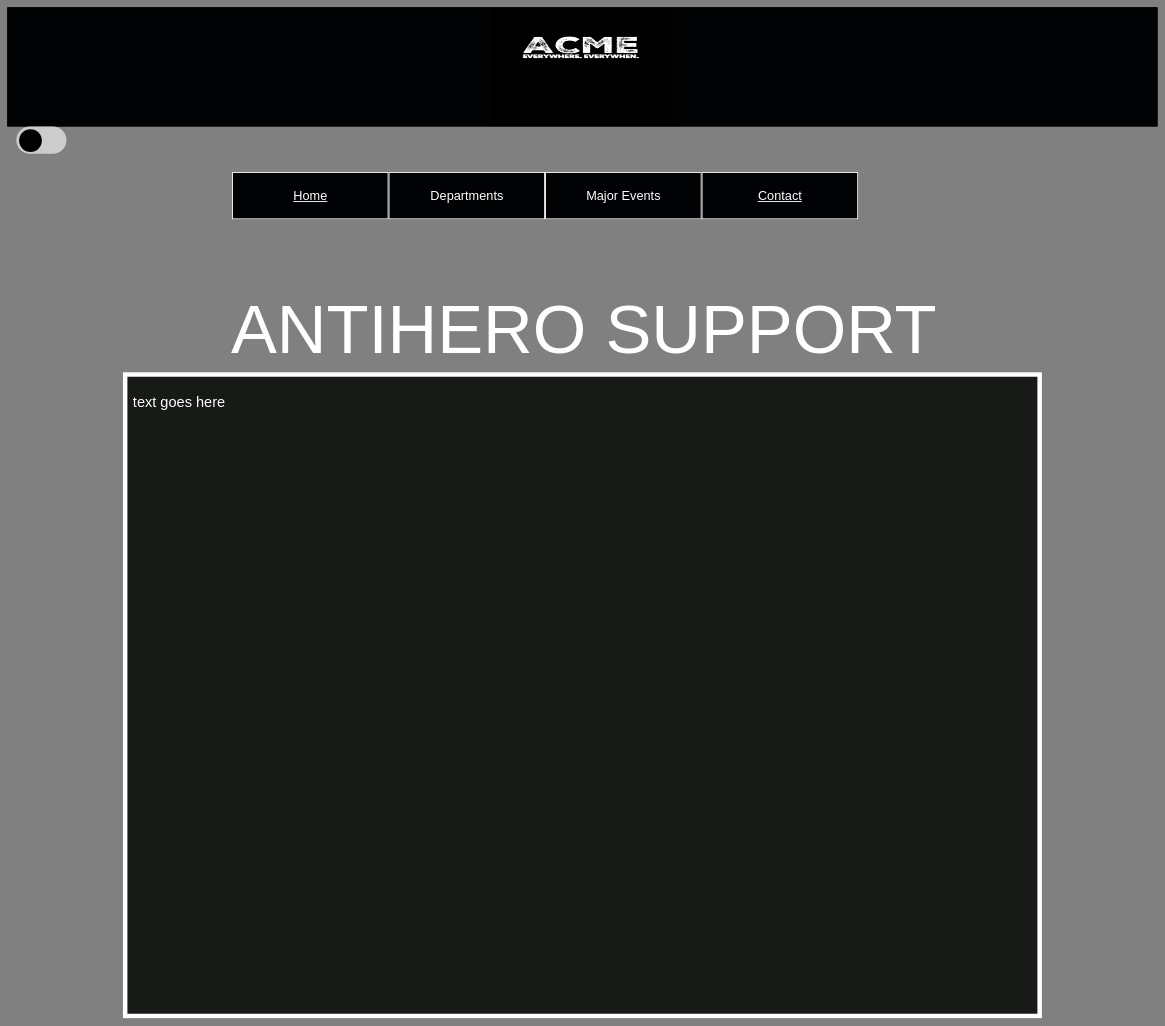
Repository: omega7379/omega7379.github.io
Page: memberSolutions.html
These files come from the project's save history. The page is drawn as it stood at one moment and after a run of saves; the edit follows.
The browser window is 1280 px wide. The pictures show the whole page, at 91% of full size.

Above is the page before, as saved 2022-06-21 22:22:42.

### memberSolutions.html
<!--created by Josip Bailey
Created 250122, Last Update 210622-->
<!DOCTYPE html>
<html lang="en">
    <body class="background">
        <header>
            <head>
                <!--meta data-->
                <meta charset="UTF-8">
                <meta http-equiv="X-UA-Compatible" content="IE=edge">
                <meta name="viewport" content="width=device-width, initial-scale=1.0">

                <!--tab title-->
                <title>ACME TIKTOK</title>
                <link rel="icon" href="acmeanvil.png">

                <!--import css-->
                <link id = "theme" rel="stylesheet" type="text/css" href="acmeStyleGuideDark.css">

            </head>

            <div class="top">
                <img src="acmelogo.png" alt="Homescreen Logo" width="200" height="125">
            </div>

        </header>
        <!--main scetion-->
        <main>
            <!--create toggle button to adjust switch colour-scheme-->
            <span class="toggle">
                <label class="switch" onclick="toggleTheme()">
                    <input type="checkbox">
                    <span class="slider"></span>
                </label>
            </span>

            <!--dropdown menu-->
            <div class="wrapper">
                <ul>
                    <li><a href="home.html">Home</a></li>
                    <li>Departments
                        <ul>
                            <li>Support
                                <ul>
                                    <li><a href="villianSupport.html">Villian Support</a></li>
                                    <li><a href="heroSupport.html">Hero Support</a></li>
                                    <li><a href="sidekickSupport.html">Sidekick Support</a></li>
                                    <li><a href="antiheroSupport.html">Antihero Support</a></li>
                                    <li><a href="memberSolutions.html">Member Solutions</a></li>
                                    <li><a href="itSupport.html">IT Support</a></li>
                                </ul>
                            </li>
                            <li>Corporate
                                <ul>
                                    <li><a href="corporate.html">Corporate</a></li>
                                    <li><a href="legal.html">Legal</a></li>
                                    <li><a href="collections.html">Collections</a></li>
                                    <li><a href="buildCrew.html">Build Crew</a></li>
                                    <li><a href="marketing.html">Marketing</a></li>
                                    <li><a href="communications.html">Communications</li>
                                    <li><a href="letters.html">Letters</a></li>
                                    <li><a href="humanResources.html">Human Resources</a></li>
                                    <li><a href="transportation.html">Transportation</a></li>
                                    <li><a href="publicRelations.html">Public Relations</a></li>
                                    <li><a href="evidenceDisposal.html">Evidence Disposal</a></li>
                                </ul>
                            </li>
                        </ul>
                    </li>
                    <li>Major Events
                        <ul>
                            <li><a href="borg.html">Borg Attack</a></li>
                            <li><a href="ork.html">Ork Invasion</a></li>
                            <li><a href="councilWar.html">Council War</a></li>
                            <li><a href="timeKeepers.html">Time Keepers</a></li>
                            <li><a href="TerryEscape.html">Terry's Escape</a></li>
                            <li><a href="hacked.html">The Hacker</a></li>
                        </ul>
                    </li>
                    <li><a href="contact.html">Contact</a></li>
                </ul>
            </div>
        </br></br></br>
            <div class="title">
                <p>ANTIHERO SUPPORT</p>
            </div>
            <!--main table holding the contents of the page-->
            <div class="contentTable">
                <table>
                    <tr><td>
                        <!--contents of page go here-->
                        <p>
                            text goes here
                        </p>
                    </tr></td>
                </table>
            </div>
        </main>
        <script type="text/javascript" src="acmejs.js"></script>
    </body>
</html>

### acmeStyleGuideDark.css
/*CSS webpage dark mode ACME, created by Josip Bailey
created 170122, last update 170622*/

/*header styling applying black to expand image without stretching*/
div.top {
    border: 1px solid #010203;
    background-color: #010203;
    text-align: center;
    align-content: center;
}
.title{
    font-size: 2cm;
    margin: auto;
    text-align: center;
    align-content: center;
}

/*start of the toggle button might delete*/
div.toggle{
    position: absolute;
    top: 50%;
    left:50%;
    transform: translate(-50%,-50%);
    text-align: left;
}
.switch{
    position: relative;
    display: inline-block;
    width: 55px;
    height: 30px;
    margin: 0 10px;

}
.slider{
    position: absolute;
    cursor: pointer;
    top: 0;
    left: 0;
    right: 0;
    bottom: 0;
    background-color: #ccc;
    transition: 0.4s;
    border-radius: 18px;
}
.switch input {display: none;}
.slider:before{
    position: absolute;
    content:"";
    height: 25px;
    width: 25px;
    left: 2.5px;
    bottom: 2.5px;
    background-color: #010203;
    transition: 0.4s;
    border-radius: 25px;
}
input:checked + .slider{
    background-color: #ccc;
}

input:checked + .slider:before{
    transform: translateX(25px);
}
/*end of button styling*/

/*background*/
.background{
    background-color: grey;
}

/*adjust text*/
p{
    margin-bottom: 4px;
    margin-left: 3px;
    font-family: Arial, Helvetica, sans-serif;
    color: white;
}
.chapter{
    margin-bottom: 8px;
    font-family: Arial, Helvetica, sans-serif;
    color: white;
    font-size: 1cm;
    text-align: center;
}

/*contentTable styling*/
.contentTable{
    border: 5px solid white;
    background-color: #181A18;
    max-width: 1000px;
    margin: auto;
    height: 700px;
    overflow: scroll;
}
.contentTablePDF{
    border: 5px solid white;
    /*background-color: #181A18;*/
    max-width: 1000px;
    margin: auto;
    height: 700px;
}
::-webkit-scrollbar{
    width: 12px;
    height: 12px;
}
::-webkit-scrollbar-thumb {
    background: white;
    border-radius: 10px;
}
::-webkit-scrollbar-thumb:hover {
    background: crimson;
}

/*drop down menu*/
.wrapper{
    width: 850px;
    margin: auto;
}
.wrapper ul{
    list-style: none;
    margin-top: 5px;
}
.wrapper ul li{
    background: #010203;
    width: 170px;
    border: 1px solid white;
    height: 50px;
    line-height: 50px;
    text-align: center;
    float: left;
    color: white;
    font-size: 14px;
    position: relative;
    font-family: Arial, Helvetica, sans-serif;
}
.wrapper ul ul{
    display: none;
}
.wrapper ul li:hover{
    background: crimson;
}
/*not broken, just a FEATURE*/
.wrapper ul li:hover > ul{/*messing with padding here to increase mouse accuracy and drop alignment*/
    display: block;
    margin: 0 0 -10em -2em;
    padding: 0 0 -2em 2em;
    z-index: 1;
    position: relative;
}
.wrapper ul ul ul{
    margin-left: 136px;
    top: 0;
    position: absolute;
}
/*adjust hyperlink colours*/
a:link{
    color: white;
}
a:visited{
    color: white;
}
a:hover{
    color: black;
}

### acmejs.js
/*enable switch for css pages-->*/
function toggleTheme(){
    var theme = document.getElementsByTagName('link')[0];
    if (theme.getAttribute('href') == 'acmeStyleGuideDark.css'){
        theme.setAttribute('href', 'acmeStyleGuideLight.css');
    }
    else {
        theme.setAttribute('href', 'acmeStyleGuideDark.css');
    }
}

After the next 3 saves:
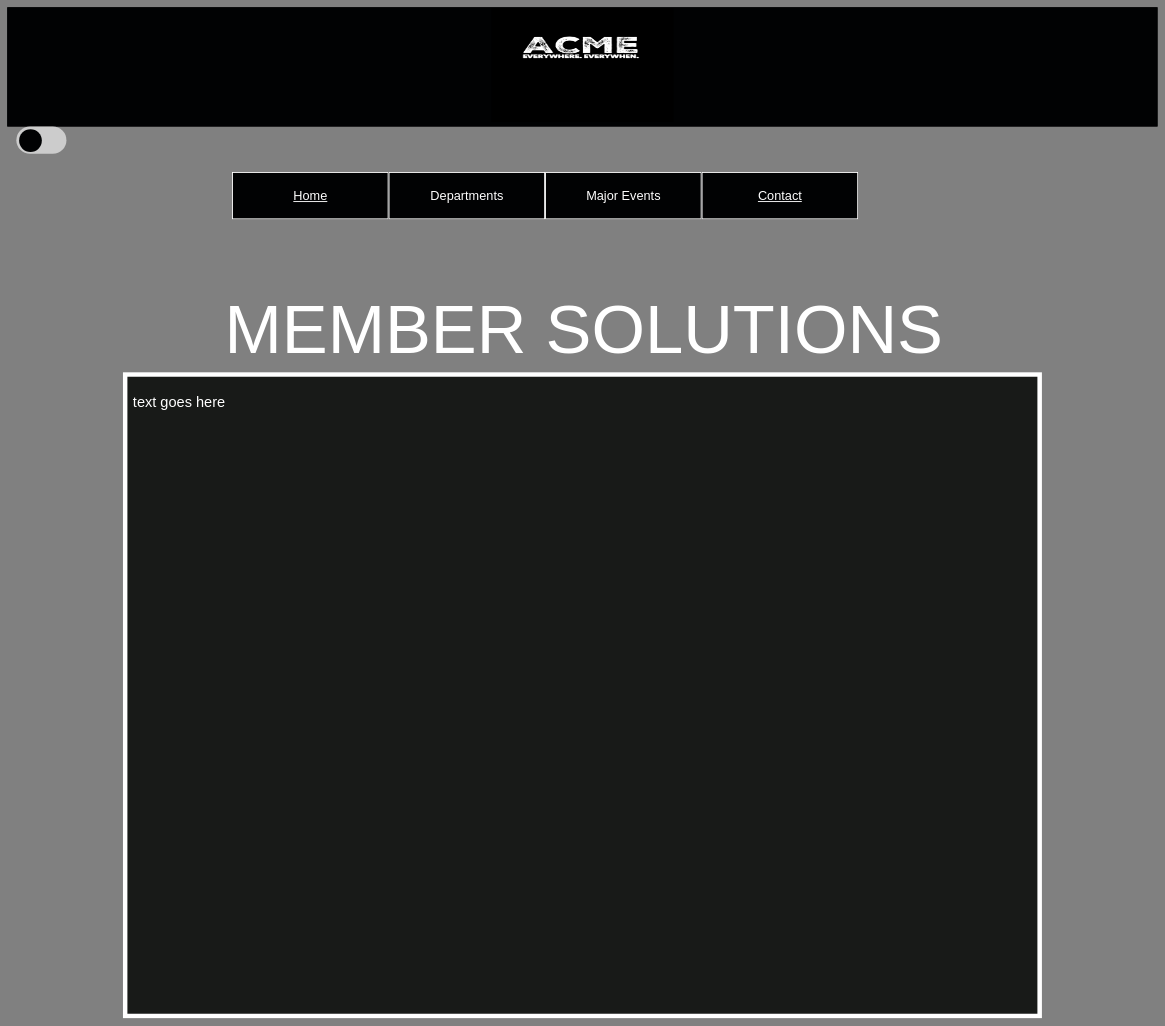
The 3 saves are shown as one change because they came seconds apart.
The last was saved 38 s later.
--- a/memberSolutions.html
+++ b/memberSolutions.html
@@ -82,7 +82,7 @@
             </div>
         </br></br></br>
             <div class="title">
-                <p>ANTIHERO SUPPORT</p>
+                <p>MEMBER SOLUTIONS</p>
             </div>
             <!--main table holding the contents of the page-->
             <div class="contentTable">
